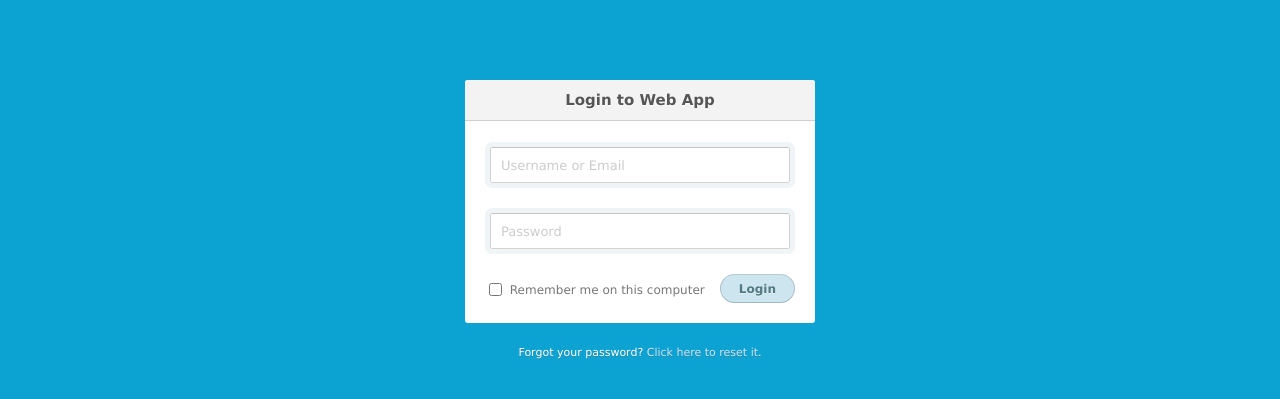
Repository: blessed-skate/InventoryControlSystem
Page: http://localhost/InventoryControlSystemPortal/jsp/login.jsp
An editor plug-in stored every save of this project. The page is shown before and after the next save, followed by the edit.
The browser window is 1280 px wide. The pictures show the whole page.
The page is served by Tomcat 9. Nobody is signed in. The application's start-up code is not run. Other server files are loaded and not shown.

Above is the page before, as saved 2015-07-21 19:42:12.

### InventoryControlSystemPortal/WebContent/jsp/login.jsp
<!DOCTYPE html>
<html lang="en">
<head>
<meta charset="utf-8">
<meta http-equiv="X-UA-Compatible" content="IE=edge,chrome=1">
<title>Login Form</title>
<link rel="stylesheet" href="css/style.css">
</head>
<body>
	<div class="container">
		<div class="login">
			<h1>Login to Web App</h1>
			<form method="post" action="index.html">
				<p>
					<input type="text" name="j_username" value=""
						placeholder="Username or Email">
				</p>
				<p>
					<input type="password" name="j_password" value=""
						placeholder="Password">
				</p>
				<p class="remember_me">
					<label> <input type="checkbox" name="remember_me"
						id="remember_me"> Remember me on this computer
					</label>
				</p>
				<p class="submit">
					<input type="submit" name="commit" value="Login">
				</p>
			</form>
		</div>
		<div class="login-help">
			<p>
				Forgot your password? <a href="index.html">Click here to reset
					it</a>.
			</p>
		</div>
	</div>
</body>
</html>

### InventoryControlSystemPortal/WebContent/css/style.css
body {
	font: 13px/20px 'Lucida Grande', Tahoma, Verdana, sans-serif;
	color: #404040;
	background: #0ca3d2;
}

.container {
	margin: 80px auto;
	width: 640px;
}

.login {
	position: relative;
	margin: 0 auto;
	padding: 20px 20px 20px;
	width: 310px;
	background: white;
	border-radius: 3px; @ include box-shadow(0 0 200px rgba(white, .5), 0
	1px 2px rgba(black, .3)); &: before { content : '';
	position: absolute;
	top: -8px;
	right: -8px;
	bottom: -8px;
	left: -8px;
	z-index: -1;
	background: rgba(black, .08);
	border-radius: 4px;
}

h1 {
	margin: -20px -20px 21px;
	line-height: 40px;
	font-size: 15px;
	font-weight: bold;
	color: #555;
	text-align: center;
	text-shadow: 0 1px white;
	background: #f3f3f3;
	border-bottom: 1px solid #cfcfcf;
	border-radius: 3px 3px 0 0;
	@
	include
	linear-gradient(top,
	whiteffd,
	#eef2f5);
	@
	include
	box-shadow(0
	1px
	#f5f5f5);
}

p {
	margin: 20px 0 0;
}

p:first-child {
	margin-top: 0;
}

input[type=text], input[type=password] {
	width: 278px;
}

p.remember_me {
	float: left;
	line-height: 31px; label { font-size : 12px;
	color: #777;
	cursor: pointer;
}

input {
	position: relative;
	bottom: 1px;
	margin-right: 4px;
	vertical-align: middle;
}

}
p.submit {
	text-align: right;
}

}
.login-help {
	margin: 20px 0;
	font-size: 11px;
	color: white;
	text-align: center;
	text-shadow: 0 1px #2a85a1; a { color : #cce7fa;
	text-decoration: none;
	&:
	hover
	{
	text-decoration
	:
	underline;
}

}
}
:-moz-placeholder {
	color: #c9c9c9 !important;
	font-size: 13px;
}

::-webkit-input-placeholder {
	color: #ccc;
	font-size: 13px;
}

input {
	font-family: 'Lucida Grande', Tahoma, Verdana, sans-serif;
	font-size: 14px;
}

input[type=text], input[type=password] {
	margin: 5px;
	padding: 0 10px;
	width: 200px;
	height: 34px;
	color: #404040;
	background: white;
	border: 1px solid;
	border-color: #c4c4c4 #d1d1d1 #d4d4d4;
	border-radius: 2px;
	outline: 5px solid #eff4f7;
	-moz-outline-radius: 3px; // Can we get this on WebKit please? @include
	box-shadow(inset 0 1px 3px rgba(black, .12)); &: focus { border-color :
	#7dc9e2;
	outline-color: #dceefc;
	outline-offset: 0;
	//
	WebKit
	sets
	this
	to
	-1
	by
	default
}

}
input[type=submit] {
	padding: 0 18px;
	height: 29px;
	font-size: 12px;
	font-weight: bold;
	color: #527881;
	text-shadow: 0 1px #e3f1f1;
	background: #cde5ef;
	border: 1px solid;
	border-color: #b4ccce #b3c0c8 #9eb9c2;
	border-radius: 16px;
	outline: 0; @ include box-sizing(content-box); // Firefox sets this to
	border-box by default @include linear-gradient(top, #edf5f8, #cde5ef);
	@ include box-shadow(inset 0 1px white, 0 1px 2px rgba(black, .15)); &:
	active { background : #cde5ef;
	border-color: #9eb9c2 #b3c0c8 #b4ccce;
	@
	include
	box-shadow(inset
	0
	0
	3px
	rgba(black,
	.2));
}

}
.lt-ie9 {input [type=text], input[type=password] { line-height:34px;

}
}

After the next save:
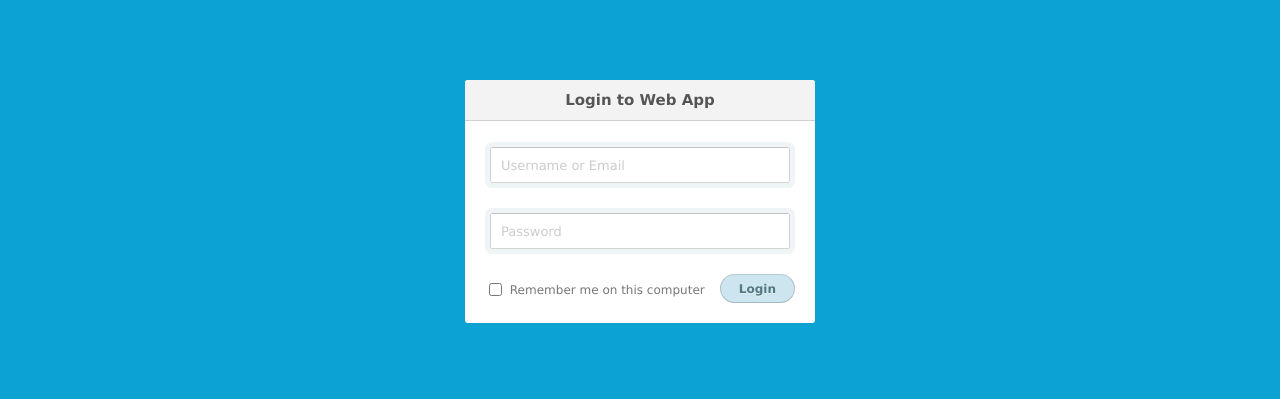
Saved 3 min 57 s later.
--- a/InventoryControlSystemPortal/WebContent/jsp/login.jsp
+++ b/InventoryControlSystemPortal/WebContent/jsp/login.jsp
@@ -29,12 +29,6 @@
 				</p>
 			</form>
 		</div>
-		<div class="login-help">
-			<p>
-				Forgot your password? <a href="index.html">Click here to reset
-					it</a>.
-			</p>
-		</div>
 	</div>
 </body>
 </html>
